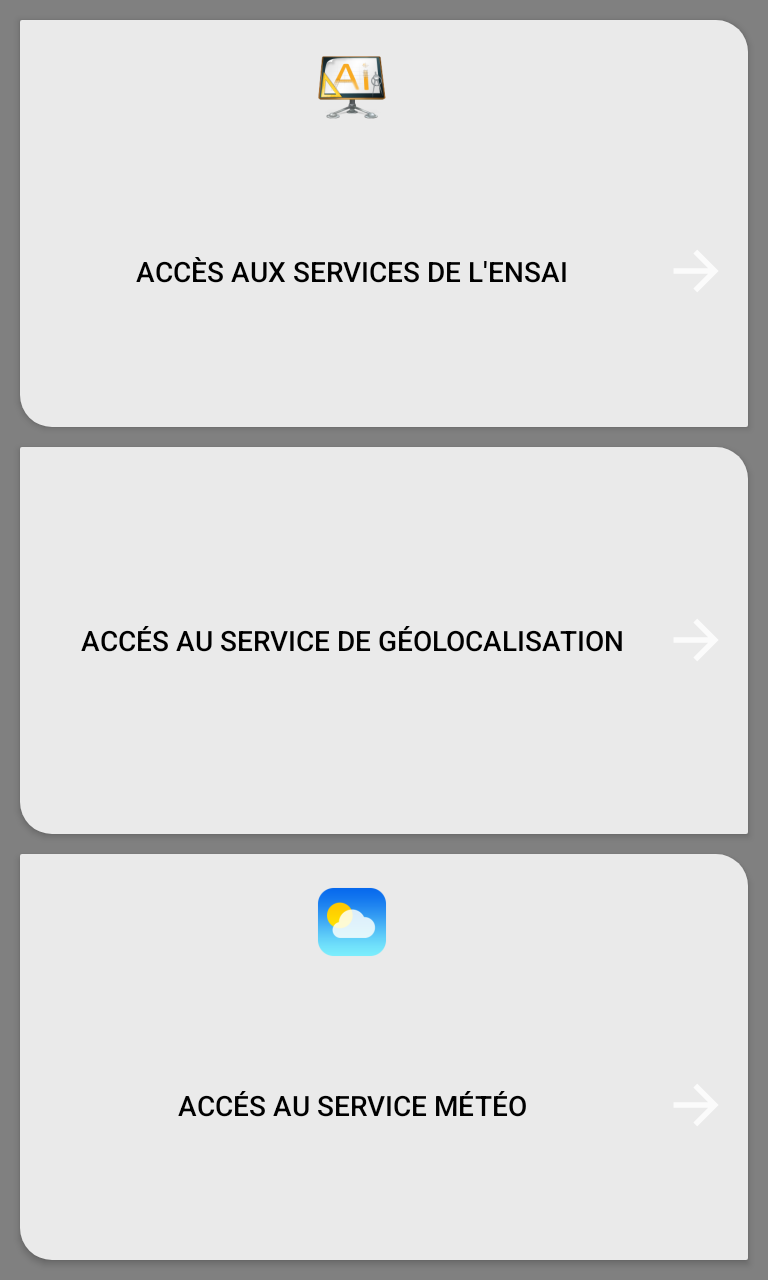
Repository: cpluuuusplus/WhoWantsKitKat
Layout: AppliPlus/res/layout/activity_menu_principal.xml
These files come from the project's save history. The layout is drawn as it stood at one moment and after the next save; the edit follows.
It is drawn on a 768 x 1280 px phone screen (xhdpi) without system bars, with theme Theme.AppCompat.Light; the app's code is not run.

Above is the layout before, as saved 2014-05-12 15:51:26.

### AppliPlus/res/layout/activity_menu_principal.xml
<?xml version="1.0" encoding="utf-8"?>
<LinearLayout xmlns:android="http://schemas.android.com/apk/res/android"
    android:layout_width="match_parent"
    android:layout_height="match_parent"
    android:background="@color/gray"
    android:orientation="vertical" >

    <Button
        android:id="@+id/main_act1"
        android:layout_width="match_parent"
        android:layout_height="fill_parent"
        android:layout_marginLeft="10dp"
        android:layout_marginRight="10dp"
        android:layout_marginTop="10dp"
        android:layout_weight="1"
        android:background="@drawable/button_shape"
        android:drawableRight="@drawable/ic_action_forward"
        android:drawableTop="@drawable/shcool"
        android:onClick="pamplemousse"
        android:text="@string/school"
        android:textColor="@color/black_color" />

    <Button
        android:id="@+id/main_act2"
        android:layout_width="match_parent"
        android:layout_height="fill_parent"
        android:layout_margin="10dp"
        android:layout_weight="1"
        android:background="@drawable/button_shape"
        android:drawableRight="@drawable/ic_action_forward"
        android:drawableTop="@drawable/"
        android:onClick="geolocalisation"
        android:text="@string/geo"
        android:textColor="@color/black_color" />

    <Button
        android:id="@+id/main_act3"
        android:layout_width="match_parent"
        android:layout_height="fill_parent"
        android:layout_marginBottom="10dp"
        android:layout_marginLeft="10dp"
        android:layout_marginRight="10dp"
        android:layout_weight="1"
        android:background="@drawable/button_shape"
        android:drawableRight="@drawable/ic_action_forward"
        android:drawableTop="@drawable/weather"
        android:onClick="meteo"
        android:text="@string/meteo"
        android:textColor="@color/black_color" />

</LinearLayout>

### AppliPlus/res/values/colors.xml
<?xml version="1.0" encoding="utf-8"?>
<resources>

    <color name="black_color">#000</color>
    <color name="white">#FFFFFF</color>
    <color name="yellow">#FFFF00</color>
    <color name="fuchsia">#FF00FF</color>
    <color name="red">#FF0000</color>
    <color name="silver">#C0C0C0</color>
    <color name="gray">#808080</color>
    <color name="olive">#808000</color>
    <color name="purple">#800080</color>
    <color name="maroon">#800000</color>
    <color name="aqua">#00FFFF</color>
    <color name="lime">#00FF00</color>
    <color name="teal">#008080</color>
    <color name="green">#008000</color>
    <color name="blue">#0000FF</color>
    <color name="navy">#000080</color>

</resources>

### AppliPlus/res/drawable-hdpi/button_shape.xml
<?xml version="1.0" encoding="utf-8"?>
<shape xmlns:android="http://schemas.android.com/apk/res/android"
    android:shape="rectangle" >

    <solid android:color="#EAEAEA" />

    <corners
        android:bottomLeftRadius="16dip"
        android:bottomRightRadius="1dip"
        android:topLeftRadius="1dip"
        android:topRightRadius="16dip" />

    <padding
        android:bottom="10dp"
        android:left="10dp"
        android:right="10dp"
        android:top="10dp" />

</shape>

### AppliPlus/res/values/strings.xml
<?xml version="1.0" encoding="utf-8"?>
<resources>

    <string name="app_name">Qui veut manger un KitKat ?</string>
    <string name="hello_world">Hello world!</string>
    <string name="nb_cours">%1$d cours viennent d\'être mis à jours</string>
    <string name="direct">Accès direct à pamplemousse viewer</string>
    <string name="refresh">Refresh</string>
    <string name="action_search">search</string>
    <string name="find_city">Rechercher une ville</string>

    <!-- Nom des menus ! -->

    <string name="home">Qui veut un KitKat ?</string>
    <string name="pamp_viewer">Accès à Pamplemousse</string>
    <string name="agenda_null">Première connection ? Renseignez vos identifiants, et synchroniser</string>
    <string name="url_error">Impossible de se connecter au serveur, veuillez vérifier vos identifiants et votre connection à internet</string>
    <string name="school">Accès aux services de l\'Ensai</string>
    <string name="connection">Accès à Pamplemousse</string>
    <string name="remote">Accès à Pamplemousse en ligne</string>
    <string name="pampl_desc">Emploi du temps, mails,...</string>
    <string name="geo">Accés au service de Géolocalisation</string>
    <string name="geo_desc">Géolocalisation</string>
    <string name="meteo">Accés au service Météo</string>
    <string name="meteo_desc">À</string>
    <string name="meteo_tc">Températures</string>
    <string name="meteo_wind">Vent</string>
    <string name="meteo_rain">Pluie</string>
    <string name="meteo_clouds">Nuages</string>
    <string name="valider_localite">Valider</string>
    <string name="desc_country">Pays</string>
    <string name="desc_sunrise">Levé du soleil</string>
    <string name="desc_sunset">Couché du soleil</string>
    <string name="desc_pressure">Pression</string>

    <!-- Cas non défini -->

    <string name="to_be_defined">En attente</string>

    <!-- Test login -->

    <string name="menu_settings">Settings</string>
    <string name="title_activity_main">MainActivity</string>
    <string name="image_content_description">Un Android avec un chien</string>
    <string name="login">S\'identifier</string>
    <string name="email">Id utilisateur</string>
    <string name="password">Mot de passe</string>
    <string name="connect">Se connecter</string>
    <string name="get_localite">Récupérer ma localisation actuelle</string>
    <string name="saisir_localite">Saisir une ville ici</string>
    <string name="desc_saisie_localite">Vous pouvez saisir une localité</string>
    <string name="temp">Ce champ doit etre rempli</string>
    <string name="geoloc_osm">Géolocationsation par OSM/OCM</string>

</resources>

After the next save:
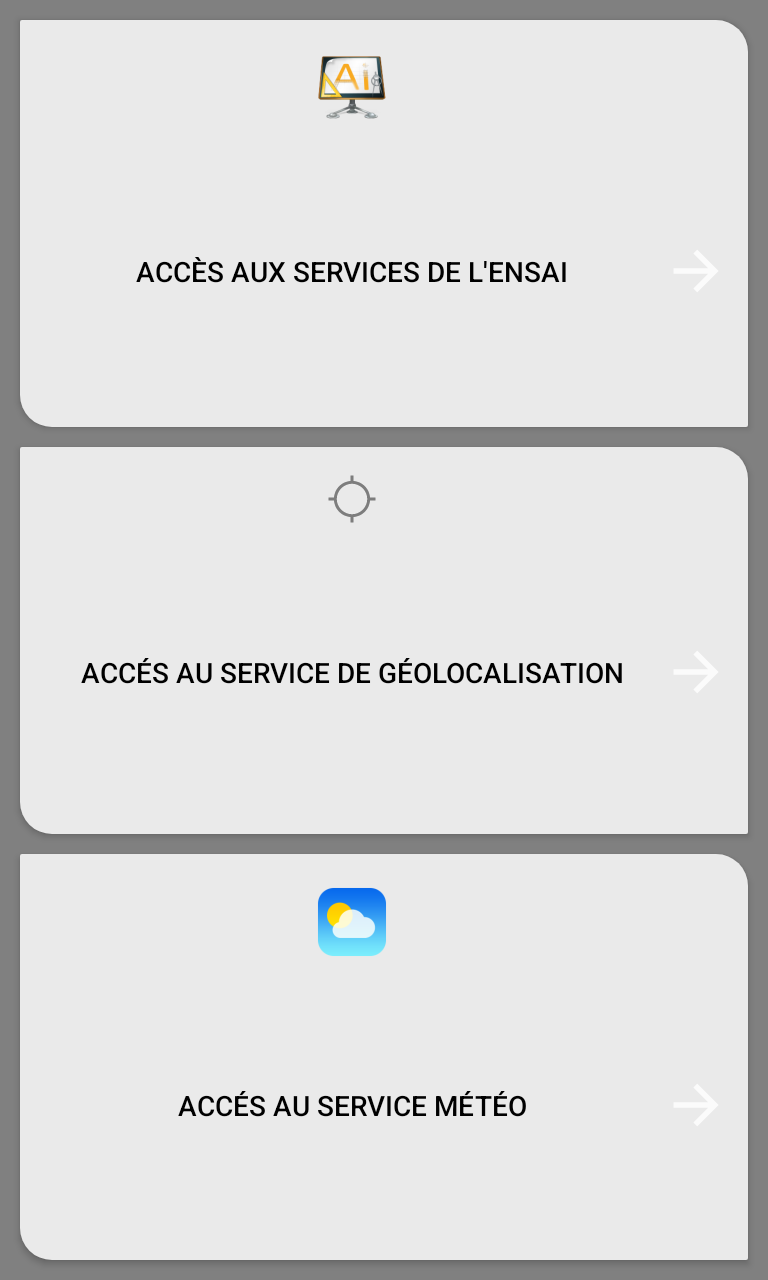
Saved 12 s later.
--- a/AppliPlus/res/layout/activity_menu_principal.xml
+++ b/AppliPlus/res/layout/activity_menu_principal.xml
@@ -28,7 +28,7 @@
         android:layout_weight="1"
         android:background="@drawable/button_shape"
         android:drawableRight="@drawable/ic_action_forward"
-        android:drawableTop="@drawable/"
+        android:drawableTop="@drawable/ic_action_location_searching"
         android:onClick="geolocalisation"
         android:text="@string/geo"
         android:textColor="@color/black_color" />
